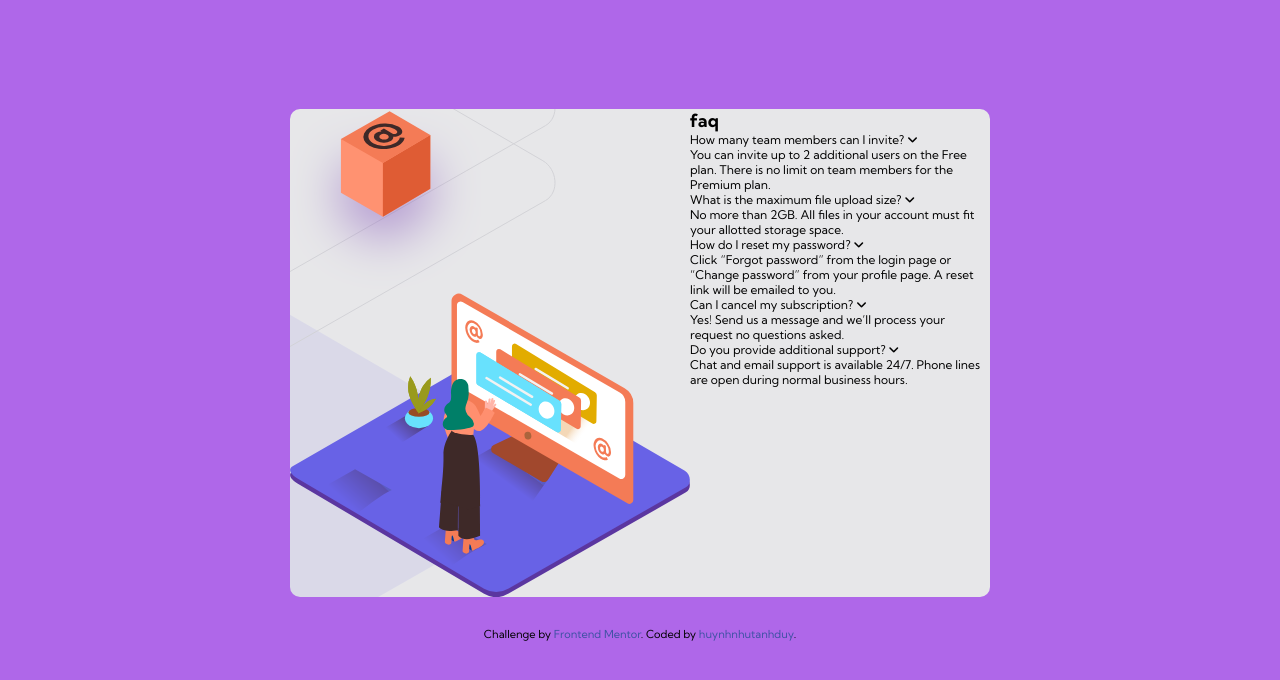
Repository: huynhnhutanhduy/faq-accordion-card
Page: index.html
These files come from the project's save history. The page is drawn as it stood at one moment and after the next save; the edit follows.
The browser window is 1280 px wide. The pictures show the whole page.

Above is the page before, as saved 2022-10-20 13:28:58.

### index.html
<!DOCTYPE html>
<html lang="en">
  <head>
    <meta charset="UTF-8" />
    <meta name="viewport" content="width=device-width, initial-scale=1.0" />
    <!-- displays site properly based on user's device -->
    <link rel="icon" type="image/png" sizes="32x32" href="./images/favicon-32x32.png" />
    <title>Frontend Mentor | FAQ Accordion Card</title>
    <link rel="preconnect" href="https://fonts.googleapis.com" />
    <link rel="preconnect" href="https://fonts.gstatic.com" crossorigin />
    <link
      href="https://fonts.googleapis.com/css2?family=Kumbh+Sans:wght@400;700&display=swap"
      rel="stylesheet"
    />
    <link
      rel="stylesheet"
      href="https://cdnjs.cloudflare.com/ajax/libs/font-awesome/6.2.0/css/all.min.css"
      integrity="sha512-xh6O/CkQoPOWDdYTDqeRdPCVd1SpvCA9XXcUnZS2FmJNp1coAFzvtCN9BmamE+4aHK8yyUHUSCcJHgXloTyT2A=="
      crossorigin="anonymous"
      referrerpolicy="no-referrer"
    />
    <link rel="stylesheet" href="./app.css" />
  </head>
  <body>
    <main>
      <article class="card">
        <div class="card-left">
          <div class="card-image">
            <img src="./images/illustration-box-desktop.svg" alt="" class="card-image" />
            <img
              src="./images/illustration-woman-online-desktop.svg"
              alt=""
              class="card-image"
            />
          </div>
        </div>
        <div class="card-right">
          <h1 class="card-title">faq</h1>
          <div class="card-list">
            <div class="card-item">
              <div class="card-item__header">
                <span class="card-item__header-title"
                  >How many team members can I invite?
                </span>
                <i class="fa-solid fa-angle-down card-item__header-icon"></i>
              </div>
              <div class="card-item__content">
                <div class="card-item__content-inner">
                  You can invite up to 2 additional users on the Free plan. There is no limit
                  on team members for the Premium plan.
                </div>
              </div>
            </div>
            <div class="card-item">
              <div class="card-item__header">
                <span class="card-item__header-title"
                  >What is the maximum file upload size?
                </span>
                <i class="fa-solid fa-angle-down card-item__header-icon"></i>
              </div>
              <div class="card-item__content">
                <div class="card-item__content-inner">
                  No more than 2GB. All files in your account must fit your allotted storage
                  space.
                </div>
              </div>
            </div>
            <div class="card-item">
              <div class="card-item__header">
                <span class="card-item__header-title">How do I reset my password? </span>
                <i class="fa-solid fa-angle-down card-item__header-icon"></i>
              </div>
              <div class="card-item__content">
                <div class="card-item__content-inner">
                  Click “Forgot password” from the login page or “Change password” from your
                  profile page. A reset link will be emailed to you.
                </div>
              </div>
            </div>
            <div class="card-item">
              <div class="card-item__header">
                <span class="card-item__header-title">Can I cancel my subscription? </span>
                <i class="fa-solid fa-angle-down card-item__header-icon"></i>
              </div>
              <div class="card-item__content">
                <div class="card-item__content-inner">
                  Yes! Send us a message and we’ll process your request no questions asked.
                </div>
              </div>
            </div>
            <div class="card-item">
              <div class="card-item__header">
                <span class="card-item__header-title"
                  >Do you provide additional support?
                </span>
                <i class="fa-solid fa-angle-down card-item__header-icon"></i>
              </div>
              <div class="card-item__content">
                <div class="card-item__content-inner">
                  Chat and email support is available 24/7. Phone lines are open during normal
                  business hours.
                </div>
              </div>
            </div>
          </div>
        </div>
      </article>
    </main>
    <footer class="attribution">
      Challenge by
      <a href="https://www.frontendmentor.io?ref=challenge" target="_blank">Frontend Mentor</a
      >. Coded by <a href="https://github.com/huynhnhutanhduy">huynhnhutanhduy</a>.
    </footer>
  </body>
</html>

### app.css
:root {
  --very-dark-desaturated-blue: hsl(238, 29%, 16%);
  --soft-red: hsl(14, 88%, 65%);
  --soft-violet: hsl(273, 75%, 66%);
  --soft-blue: hsl(240, 73%, 65%);
  --very-dark-grayish-blue: hsl(237, 12%, 33%);
  --dark-grayish-blue: hsl(240, 6%, 50%);
  --light-grayish-blue: hsl(240, 5%, 91%);
}
* {
  margin: 0;
  padding: 0;
  border: 0;
}
*,
*::before,
*::after,
html {
  box-sizing: border-box;
}
html {
  font-size: 62.5%;
}
body {
  font-size: 1.2rem;
  font-weight: normal;
  font-family: "Kumbh Sans", sans-serif;
  background-color: var(--soft-violet);
  display: flex;
  justify-content: center;
  align-items: center;
  flex-direction: column;
  min-height: 100vh;
}
a {
  text-decoration: none;
}
img {
  display: block;
  max-width: 100%;
}

.attribution {
  font-size: 11px;
  text-align: center;
}
.attribution a {
  color: hsl(228, 45%, 44%);
}

.card {
  max-width: 70rem;
  border-radius: 1rem;
  margin: 3rem 0;
  background: var(--light-grayish-blue) url("./images/bg-pattern-desktop.svg") no-repeat;
  background-position-x: -700px;
  background-position-y: -300px;
  display: grid;
  grid-template-columns: 400px 1fr;
}

After the next save:
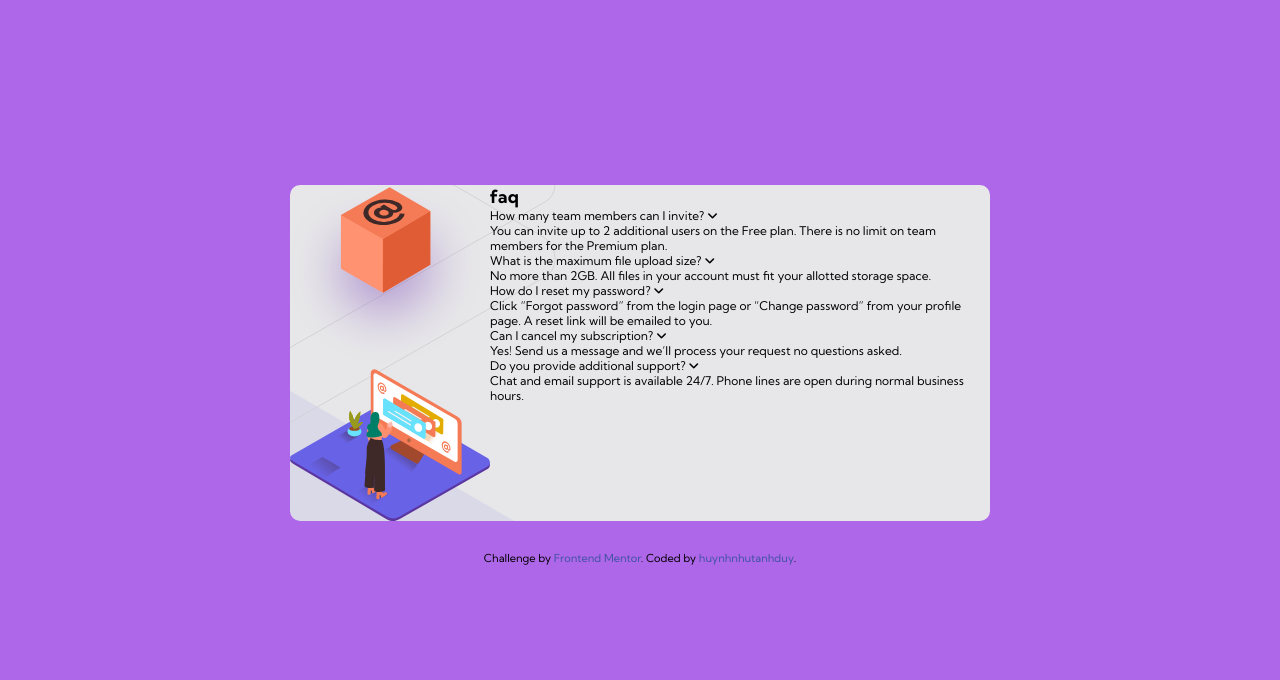
Saved 5 s later.
--- a/app.css
+++ b/app.css
@@ -56,5 +56,5 @@ img {
   background-position-x: -700px;
   background-position-y: -300px;
   display: grid;
-  grid-template-columns: 400px 1fr;
+  grid-template-columns: 200px 1fr;
 }
